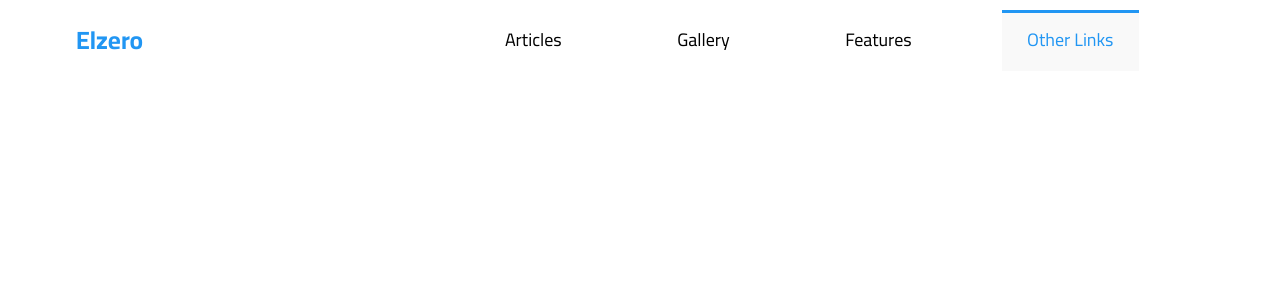
Repository: Toqa-25/elzeroAcdemey-Templete
Page: index.html
The author's editor kept a copy of each file at every save. The page is drawn from the files as they stood at one save, then again after a run of saves.
The browser window is 1280 px wide. The pictures show the whole page.
The pointer rests on the first visible `#parent-other-links`.

Above is the page before, as saved 2022-01-16 20:19:54.

After the next 2 saves:
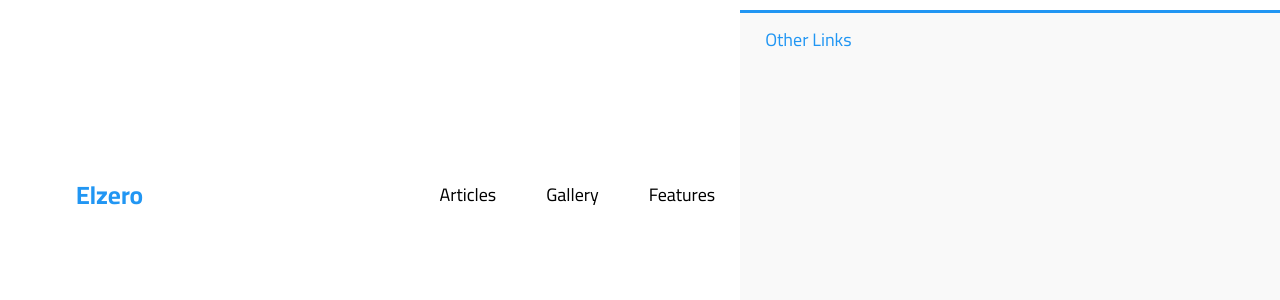
The 2 saves are shown as one change because they came seconds apart.
The last was saved 6 s later.
--- a/css/style.css
+++ b/css/style.css
@@ -109,7 +109,7 @@
 #parent-other-links{
     position: relative;
 }
-#parent-other-links:hover #child-other{
+#parent-other-links:hover #child-other-links{
     position: relative;
 }
 /* media query for header*/

After the save that followed:
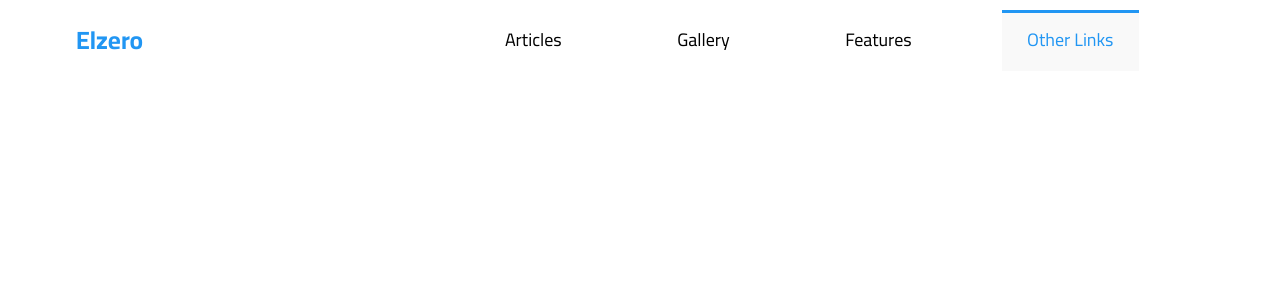
Saved 7 s later.
--- a/css/style.css
+++ b/css/style.css
@@ -110,7 +110,7 @@
     position: relative;
 }
 #parent-other-links:hover #child-other-links{
-    position: relative;
+    tra
 }
 /* media query for header*/
 @media (max-width:767px){
